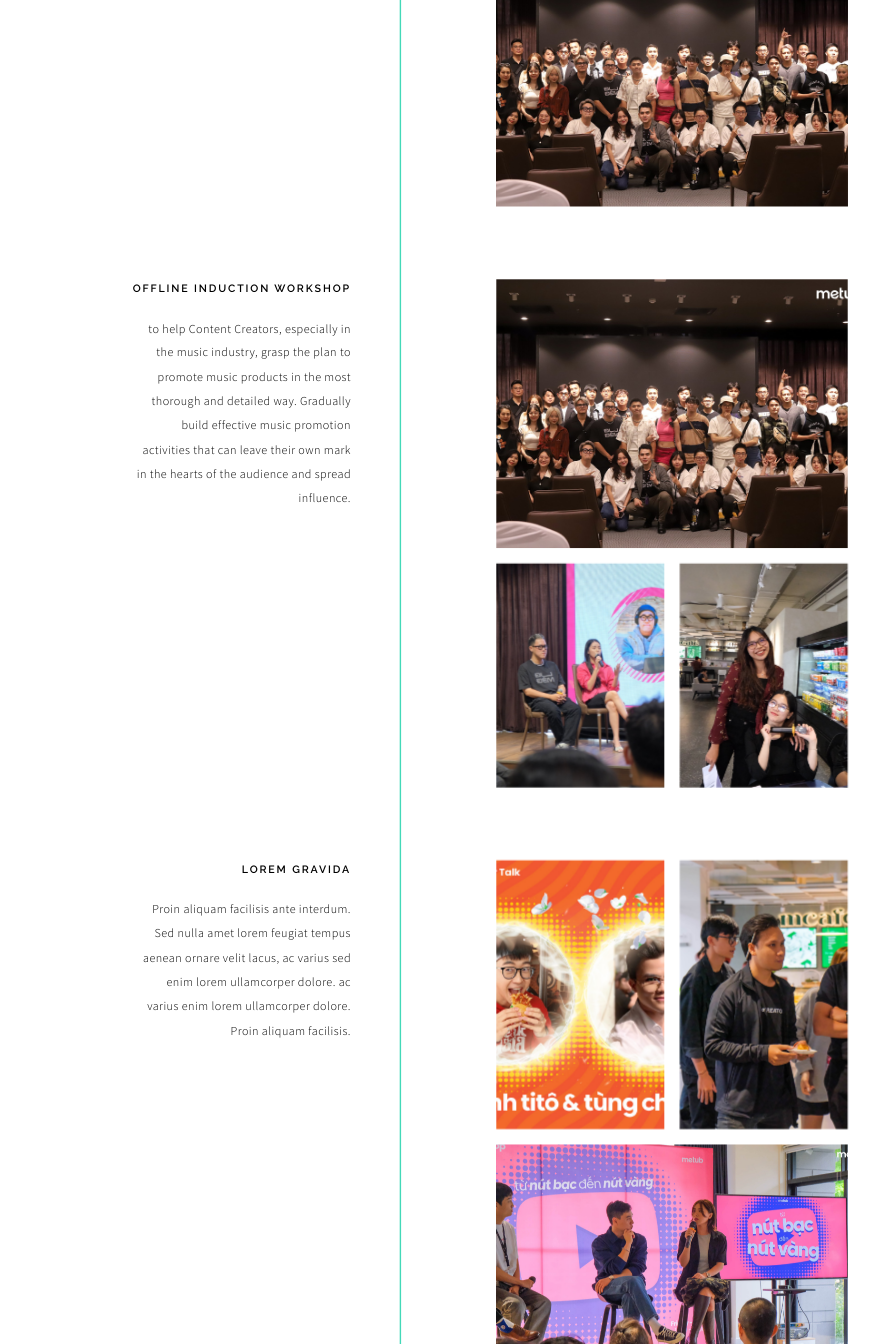
Repository: leonardin999/linh-porfolios
Page: index.html
The author's editor kept a copy of each file at every save. The page is drawn from the files as they stood at one save, then again after the next save.
The browser window is 1280 px wide. The pictures show the part of the page from y = 4580 to 6500 px (the page is 7878 px tall before and 8640 px after), at 70% of full size.

Above is the page before, as saved 2023-01-24 20:58:10.

After the next save:
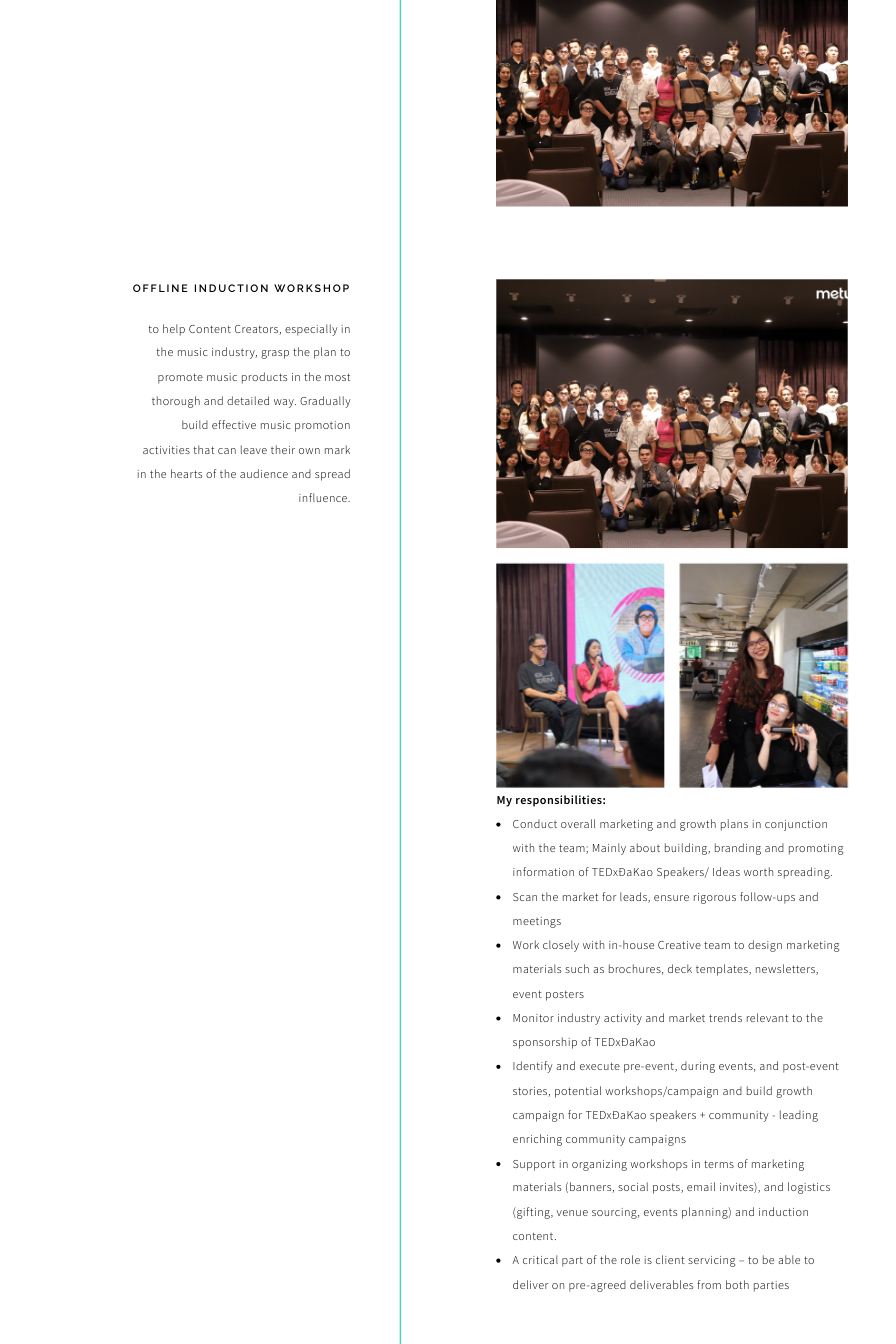
Saved 2 min 51 s later.
--- a/index.html
+++ b/index.html
@@ -172,7 +172,18 @@
                   ><img src="images/gallery/thumbs/07.jpg" alt=""
                 /></a>
               </div>
+              <strong>My responsibilities:</strong>
+              <ul class="">
+                <li class="">Conduct overall marketing and growth plans in conjunction with the team; Mainly about building, branding and promoting information of TEDxĐaKao Speakers/ Ideas worth spreading.</li>
+                <li class="">Scan the market for leads, ensure rigorous follow-ups and meetings</li>
+                <li class="">Work closely with in-house Creative team to design marketing materials such as brochures, deck templates, newsletters, event posters</li>
+                <li class="">Monitor industry activity and market trends relevant to the sponsorship of TEDxĐaKao</li>
+                <li class="">Identify and execute pre-event, during events, and post-event stories, potential workshops/campaign and build growth campaign for TEDxĐaKao speakers + community - leading enriching community campaigns</li>
+                <li class="">Support in organizing workshops in terms of marketing materials (banners, social posts, email invites), and logistics (gifting, venue sourcing, events planning) and induction content.</li>
+                <li class="">A critical part of the role is client servicing – to be able to deliver on pre-agreed deliverables from both parties</li>
+              </ul>
             </div>
+
           </section>
 
           <!-- Section -->
